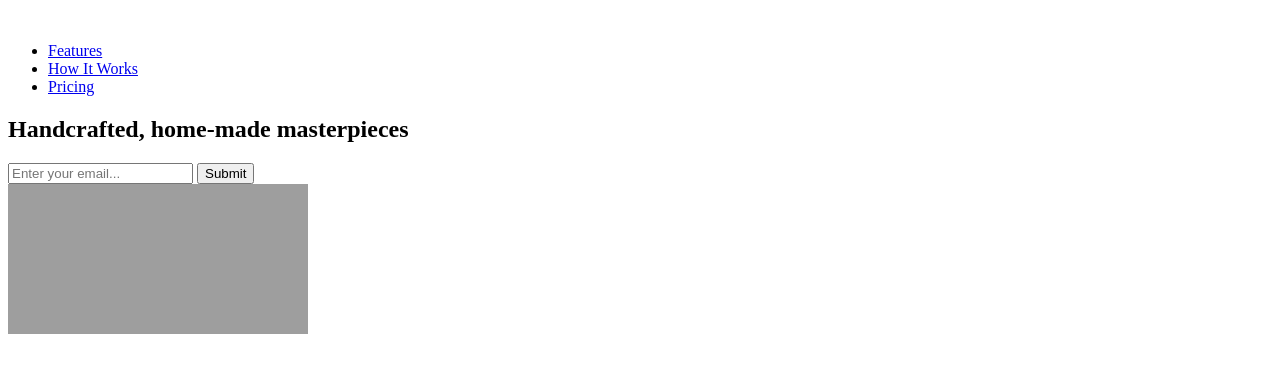
Repository: Lungdjos/product_landing_page_certification
Page: index.html
These files come from the project's save history. The page is drawn as it stood at one moment and after a run of saves; the edit follows.
The browser window is 1280 px wide. The pictures show the whole page.
Pictures or frames that could not be fetched are drawn as grey boxes.

Above is the page before, as saved 2023-12-17 23:39:33.

### index.html
<!DOCTYPE html>
<html lang="en">

<head>
    <meta charset="UTF-8">
    <meta name="viewport" content="width=device-width, initial-scale=1.0">
    <title>Product Landing Page</title>
    <link rel="stylesheet" href="./styles.css">
</head>

<body>
    <header id="header">
        <img src="" alt="" id="header-img">
        <nav id="nav-bar">
            <ul>
                <li>
                    <a href="#features" class="nav-link">Features</a>
                </li>
                <li>
                    <a href="#how-it-works" class="nav-link">How It Works</a>
                </li>
                <li>
                    <a href="#pricing" class="nav-link">Pricing</a>
                </li>
            </ul>
        </nav>
    </header>
    <main>
        <section id="home">
            <h2 id="title">Handcrafted, home-made masterpieces</h2>
            <form action="https://www.freecodecamp.com/email-submit" id="form">
                <input type="email" id="email" name="email" placeholder="Enter your email...">
                <input type="submit" id="submit">
            </form>
        </section>
        <section id="features">
            <div class="first-feature"></div>

        </section>
        <section id="how-it-works">
            <iframe src="https://www.youtube.com/watch?v=Ngyygp2oSRk" title="miraclous healing" frameborder="0" id="video"></iframe>
        </section>
        <section id="pricing"></section>
    </main>
</body>

</html>

</html>

</html>

### styles.css
/* Page Stylings */

* {
    box-sizing: border-box;
}

After the next 5 saves:
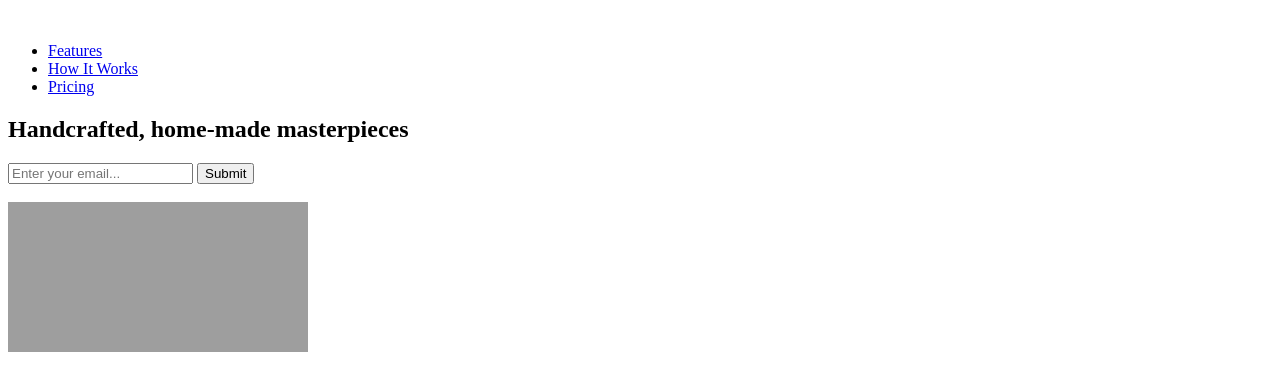
The 5 saves are shown as one change because they came seconds apart.
The last was saved 17 s later.
--- a/index.html
+++ b/index.html
@@ -34,7 +34,9 @@
             </form>
         </section>
         <section id="features">
-            <div class="first-feature"></div>
+            <div class="first-feature">
+                <img src="" alt="" class="ft-img">
+            </div>
 
         </section>
         <section id="how-it-works">
